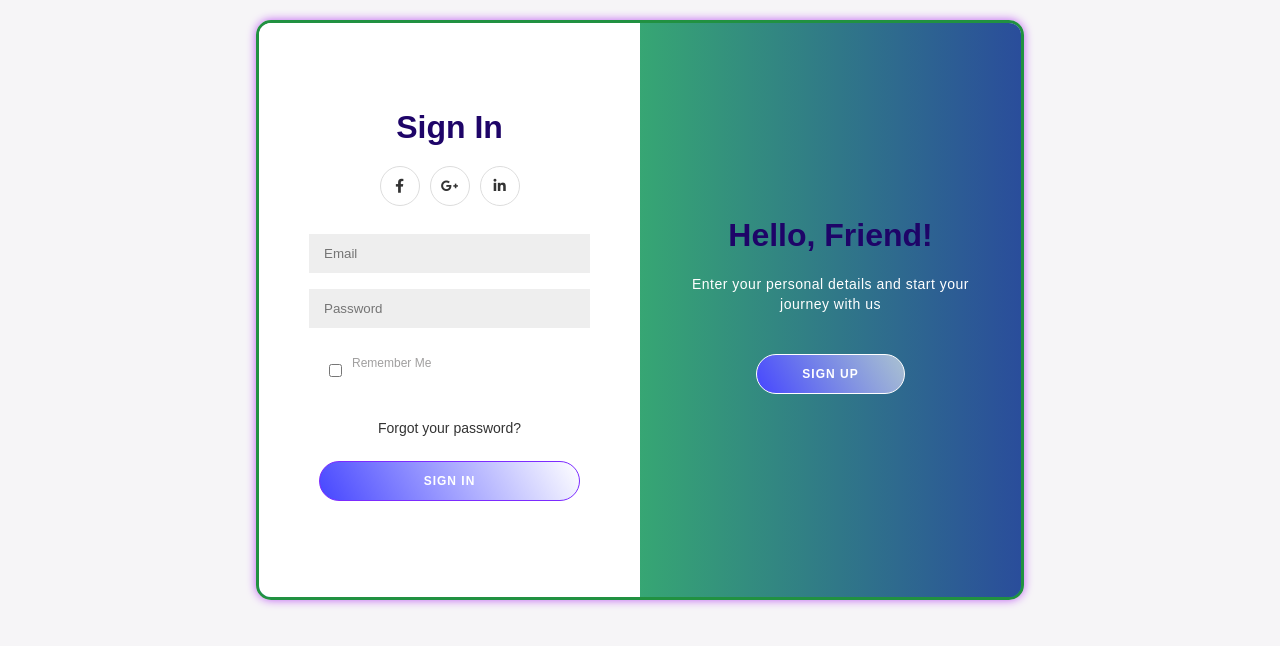
Repository: Zulfiyya077/InternIntelligence_LoginPage
Page: /
These files come from the project's save history. The page is drawn as it stood at one moment and after the next save; the edit follows.
The browser window is 1280 px wide. The pictures show the whole page.
The project was rebuilt for these pictures with package versions that can differ from the ones it lists, and the page was loaded fresh each time. Also part of the build but not shown: vite.config.js.

Above is the page before, as saved 2025-02-02 08:20:30.

### index.html
<!DOCTYPE html>
<html lang="en">
<head>
    <meta charset="UTF-8" />
    <link rel="icon" type="image/svg+xml" href="/vite.svg" />
    <link
    rel="stylesheet"
    href="https://cdnjs.cloudflare.com/ajax/libs/font-awesome/5.15.4/css/all.min.css"
  />
    <meta name="viewport" content="width=device-width, initial-scale=1.0" />
    <title>Vite + React</title>
</head>
<body>
    <div id="root"></div>
    <script type="module" src="src/main.jsx"></script>
</body>
</html>

### src/main.jsx
import React from 'react';
import ReactDOM from 'react-dom/client';
import App from './App.jsx';


ReactDOM.createRoot(document.getElementById('root')).render(
  <React.StrictMode>
    <App />
  </React.StrictMode>,
);

### src/App.jsx
import React from 'react';
import SignInUpForm from './components/SignInUpForm';

function App() {
  return (
    <div className="App">
      <SignInUpForm />
    </div>
  );
}

export default App;

### src/components/SignInUpForm.jsx
import React, { useState } from 'react';
import styles from './SignInUpForm.module.css';
import { auth } from '../firebaseConfig';
import { createUserWithEmailAndPassword, signInWithEmailAndPassword, sendPasswordResetEmail } from 'firebase/auth';

const SignInUpForm = () => {
  const [isSignUp, setIsSignUp] = useState(false);
  const [email, setEmail] = useState('');
  const [password, setPassword] = useState('');
  const [error, setError] = useState('');


  const strongPasswordRegex = /^(?=.*[a-z])(?=.*[A-Z])(?=.*\d)[A-Za-z\d@$!%*?&]{6,}$/;


  const handleSignUp = async (e) => {
    e.preventDefault();
    setError('');

    if (!/\S+@\S+\.\S+/.test(email)) {
      setError('Please enter a valid email address.');
      return;
    }
    if (!strongPasswordRegex.test(password)) {
      setError('Password must have at least 6 characters, including 1 uppercase, 1 lowercase, and 1 number.');
      return;
    }

    try {
      await createUserWithEmailAndPassword(auth, email, password);
      alert('Account created successfully!');
    } catch (error) {
      handleAuthError(error);
    }
  };


  const handleSignIn = async (e) => {
    e.preventDefault();
    setError('');

    try {
      await signInWithEmailAndPassword(auth, email, password);
      alert('Signed in successfully!');
    } catch (error) {
      handleAuthError(error);
    }
  };


  const handleForgotPassword = async () => {
    if (!email) {
      setError('Please enter your email to reset password.');
      return;
    }
    try {
      await sendPasswordResetEmail(auth, email);
      alert('Password reset email sent!');
    } catch (error) {
      handleAuthError(error);
    }
  };


  const handleAuthError = (error) => {
    const errorMessages = {
      'auth/user-not-found': 'No account found with this email.',
      'auth/wrong-password': 'Incorrect password.',
      'auth/email-already-in-use': 'This email is already registered.',
      'auth/weak-password': 'Your password is too weak.',
      'auth/invalid-email': 'Invalid email format.',
    };
    setError(errorMessages[error.code] || error.message);
  };

  return (
    <div className={`${styles.container} ${isSignUp ? styles.rightPanelActive : ''}`}>
      <div className={`${styles.formContainer} ${styles.signUpContainer}`}>
        <form onSubmit={handleSignUp}>
          <h1>Create Account</h1>
          <div className={styles.socialContainer}>
            <a href="#" className={styles.social}><i className="fab fa-facebook-f"></i></a>
            <a href="#" className={styles.social}><i className="fab fa-google-plus-g"></i></a>
            <a href="#" className={styles.social}><i className="fab fa-linkedin-in"></i></a>
          </div>
          {error && <p className={styles.error}>{error}</p>}
          <input type="email" placeholder="Email" value={email} onChange={(e) => setEmail(e.target.value)} required />
          <input type="password" placeholder="Password" value={password} onChange={(e) => setPassword(e.target.value)} required />
          <button type="submit">Sign Up</button>
        </form>
      </div>


      <div className={`${styles.formContainer} ${styles.signInContainer}`}>
        <form onSubmit={handleSignIn}>
          <h1>Sign In</h1>
          <div className={styles.socialContainer}>
            <a href="#" className={styles.social}><i className="fab fa-facebook-f"></i></a>
            <a href="#" className={styles.social}><i className="fab fa-google-plus-g"></i></a>
            <a href="#" className={styles.social}><i className="fab fa-linkedin-in"></i></a>
          </div>
          {error && <p className={styles.error}>{error}</p>}
          <input type="email" placeholder="Email" value={email} onChange={(e) => setEmail(e.target.value)} required />
          <input type="password" placeholder="Password" value={password} onChange={(e) => setPassword(e.target.value)} required />

          <label className={styles.rememberMe}>
         <input type="checkbox" />    Remember Me
          </label>
          <a href="#" onClick={handleForgotPassword}>Forgot your password?</a>
          <button type="submit">Sign In</button>
        </form>
      </div>


      <div className={styles.overlayContainer}>
        <div className={styles.overlay}>
          <div className={`${styles.overlayPanel} ${styles.overlayLeft}`}>
            <h1>Welcome Back!</h1>
            <p>To keep connected with us please login with your personal info</p>
            <button className={styles.ghost} onClick={() => setIsSignUp(false)}>Sign In</button>
          </div>
          <div className={`${styles.overlayPanel} ${styles.overlayRight}`}>
            <h1>Hello, Friend!</h1>
            <p>Enter your personal details and start your journey with us</p>
            <button className={styles.ghost} onClick={() => setIsSignUp(true)}>Sign Up</button>
          </div>
        </div>
      </div>
    </div>
  );
};

export default SignInUpForm;

### src/components/SignInUpForm.module.css



* {
    margin: 0;
    padding: 0;
    box-sizing: border-box;
  }

  body {
    background: #f6f5f7;
    display: flex;
    justify-content: center;
    align-items: center;
    flex-direction: column;
    font-family: 'Montserrat', sans-serif;

    margin: 20px ;
  }

  h1 {
    font-weight: bold;
    margin: 0;
    color:rgb(30, 4, 104);
  }

  h2 {
    text-align: center;
  }

  p {
    font-size: 14px;
    font-weight: 100;
    line-height: 20px;
    letter-spacing: 0.5px;
    margin: 20px 0 30px;
  }

  span {
    font-size: 12px;
  }

  a {
    color: #333;
    font-size: 14px;
    text-decoration: none;
    margin: 15px 0;
  }

  .social:focus {
    box-shadow: rgba(131, 131, 233, 0.25) 0px 50px 100px -20px, rgba(157, 6, 228, 0.3) 0px 30px 60px -30px, rgba(202, 91, 247, 0.35) 0px -2px 6px 0px inset;
  }
  button {
    margin: 10px;
    border-radius: 20px;
    border: 1px solid #7c2bff;
    background: rgb(186,63,251);
background: linear-gradient(60deg, rgb(70, 70, 255) 0%, rgba(255, 255, 255, 0.591) 100%);
    color: #FFFFFF;
    font-size: 12px;
    font-weight: bold;
    padding: 12px 45px;
    letter-spacing: 1px;
    text-transform: uppercase;
    transition: transform 80ms ease-in;

  }

  button:active {
    transform: scale(0.95);
  }

  button:focus {
    outline: none;
  }

  button.ghost {
    background-color: transparent;
    border-color: #FFFFFF;
  }

  form {
    background-color: #FFFFFF;
    display: flex;
    width: 100%;
    justify-content: center;
    flex-direction: column;
    padding: 0 50px;
    height: 100%;
    text-align: center;

  }

  input {
    background-color: #eee;
    border: none;
    padding: 12px 15px;
    margin: 8px 0;

  }
  .error {
    height: 20px;
    font-size: 12px;
    color: red;
  }
  .container {
    background-color: #fff;
    border-radius: 20px;
    box-shadow: 0 14px 28px rgba(0,0,0,0.25),
                0 10px 10px rgba(0,0,0,0.22);
    position: relative;
    overflow: hidden;
    width: 768px;
    max-width: 100%;
    min-height: 580px;
    display: flex;
    justify-content: center;
    align-items: center;
    transition: background-color 0.6s ease-in-out;
    padding: 10px;
  }

  .formContainer {

    position: absolute;
    top: 0;
    height: 100%;
    transition: all 0.6s ease-in-out;
  }

  .signInContainer {
    left: 0;
    width: 50%;
    z-index: 2;
  }

  .rightPanelActive .signInContainer {

    transform: translateX(100%);
  }

  .signUpContainer {
    left: 0;
    width: 50%;
    opacity: 0;
    z-index: 1;

  }

  .rightPanelActive .signUpContainer {
    transform: translateX(100%);
    opacity: 1;
    z-index: 5;
    animation: show 0.6s;
  }

  @keyframes show {
    0%, 49.99% {
      opacity: 0;
      z-index: 1;
    }

    50%, 100% {
      opacity: 1;
      z-index: 5;
    }
  }


  .overlayContainer {
    position: absolute;
    top: 0;
    left: 50%;
    width: 50%;
    height: 100%;
    overflow: hidden;
    transition: transform 0.6s ease-in-out;
    z-index: 100;
  }

  .rightPanelActive .overlayContainer {
    transform: translateX(-100%);
  }

  .overlay {
    background: linear-gradient(to right,rgb(67, 255, 76), #2A4D9B);
    color: #fff;
    position: relative;
    left: -100%;
    height: 100%;
    width: 200%;
    transform: translateX(0);
    transition: transform 0.6s ease-in-out, background 0.6s ease-in-out;
  }

  .rightPanelActive .overlay {
    transform: translateX(50%);
    background: linear-gradient(to right,#2A4D9B,  rgb(168, 18, 255));
  }

  .overlayPanel {
    position: absolute;
    display: flex;
    align-items: center;
    justify-content: center;
    flex-direction: column;
    padding: 0 40px;
    text-align: center;
    top: 0;
    height: 100%;
    width: 50%;
    transform: translateX(0);
    transition: transform 0.6s ease-in-out;
  }

  .overlayLeft {
    transform: translateX(-20%);
  }

  .rightPanelActive .overlayLeft {
    transform: translateX(0);
  }

  .overlayRight {
    right: 0;
    transform: translateX(0);
  }

  .rightPanelActive .overlayRight {
    transform: translateX(20%);
  }

  .socialContainer {
    margin: 20px 0;
  }

  .socialContainer a {
    border: 1px solid #ddd;
    border-radius: 50%;
    display: inline-flex;
    justify-content: center;
    align-items: center;
    margin: 0 5px;
    height: 40px;
    width: 40px;
  }
  .checkboxContainer {
    width: 100px;
  }

  .checkboxContainer input {
    margin-right: 10px;

  }

  .checkboxContainer label {

    display: flex;
      align-items: center;
    justify-content: flex-start;

    font-weight: 100;
    color: #333;
  }

  .rememberMe {
    display: flex;
   font-size: 12px;
   color: rgb(160, 159, 159);
    margin: 20px ;
  }

  .rememberMe input {
    margin-right: 10px;
  }


.container {
    background: linear-gradient(165deg, #ffffff, #0277d6);
  }

  input:focus {
    outline: #0277d6;
    border-color: #2196f3;
    background-color: #e1f5fe;

  }
  @keyframes borderAnimation {
    0% { border-color: #3498db; box-shadow: 0 0 10px #42aff8; }
    25% { border-color: #41b4f7; box-shadow: 0 0 10px #4ae73c; }
    50% { border-color: #e90ff1; box-shadow: 0 0 10px #0f44f1; }
    75% { border-color: #18703d; box-shadow: 0 0 10px #fc43fc; }
    100% { border-color: #34db4a; box-shadow: 0 0 10px #3498db; }
  }

  .container {
    position: relative;
    padding: 20px;

    border: 3px solid transparent;
    border-radius: 15px;
    animation: borderAnimation 3s infinite linear;
    transition: all 0.3s ease-in-out;
  }

### src/firebaseConfig.js
// src/firebaseConfig.js
import { initializeApp } from "firebase/app";
import { getAuth } from "firebase/auth";

const firebaseConfig = {
    apiKey: "AIzaSyC53-JWx-NA0i0QbOs5togwXCTY4UTFECU",
    authDomain: "my-apps-077.firebaseapp.com",
    projectId: "my-apps-077",
    storageBucket: "my-apps-077.firebasestorage.app",
    messagingSenderId: "888644240432",
    appId: "1:888644240432:web:80649d7f31ee9d7a6019f5",
    measurementId: "G-PS211GRZTS"
  };

const app = initializeApp(firebaseConfig);
const auth = getAuth(app);

export { auth };

After the next save:
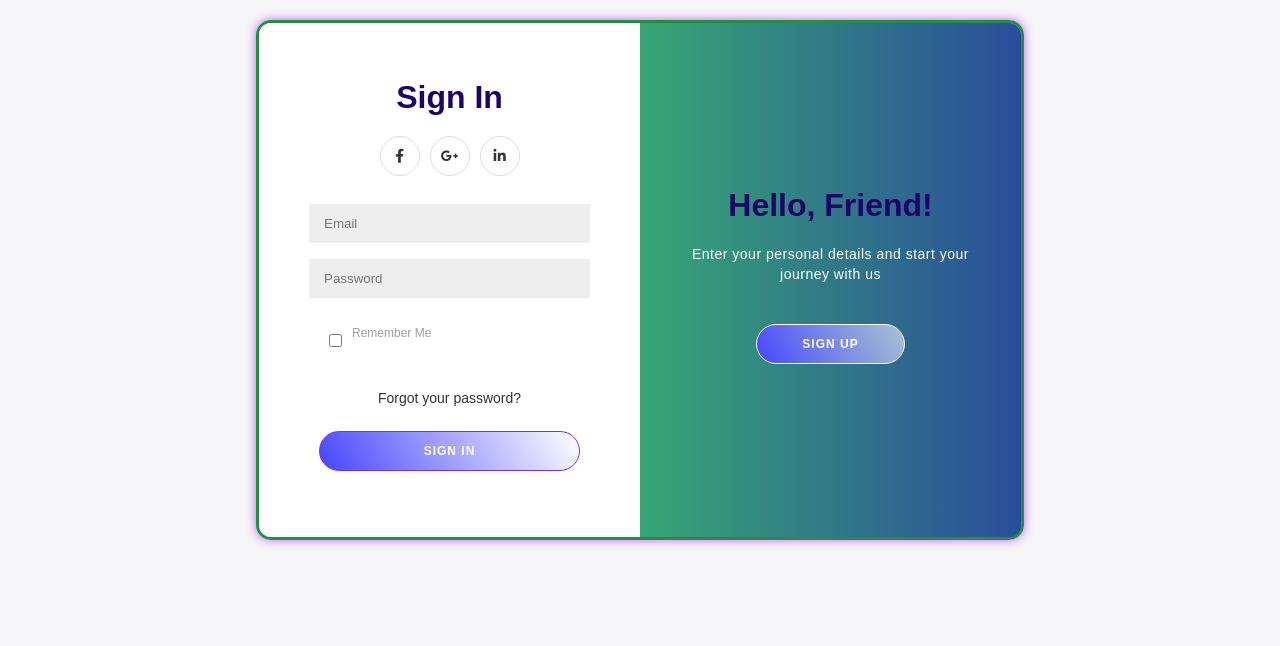
Saved 76 s later.
--- a/src/components/SignInUpForm.module.css
+++ b/src/components/SignInUpForm.module.css
@@ -112,7 +112,7 @@ background: linear-gradient(60deg, rgb(70, 70, 255) 0%, rgba(255, 255, 255, 0.59
     overflow: hidden;
     width: 768px;
     max-width: 100%;
-    min-height: 580px;
+    min-height: 520px;
     display: flex;
     justify-content: center;
     align-items: center;
